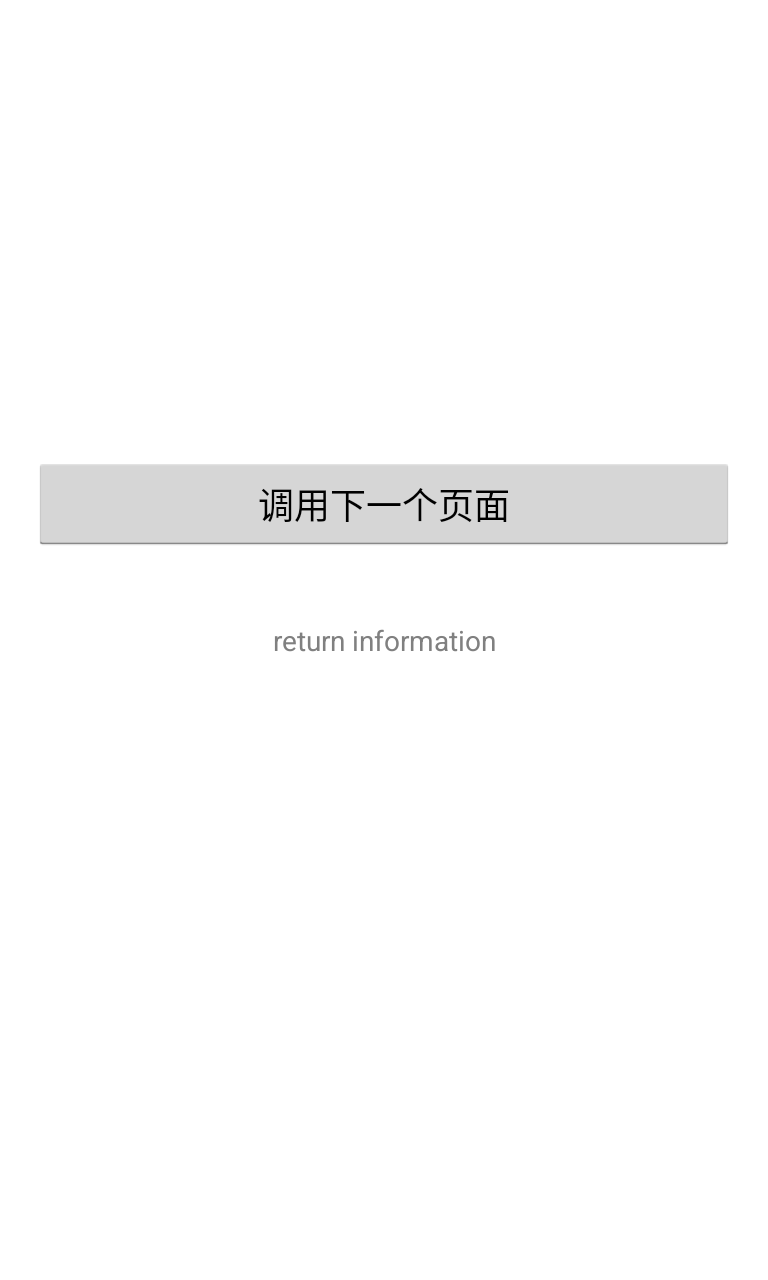
Repository: misok/android_test
Layout: CalculateDemo/res/layout/activity_main.xml
These files come from the project's save history. The layout is drawn as it stood at one moment and after the next save; the edit follows.
It is drawn on a 768 x 1280 px phone screen (xhdpi) without system bars, with theme AppTheme; the app's code is not run.

Above is the layout before, as saved 2014-12-03 15:24:26.

### CalculateDemo/res/layout/activity_main.xml
<RelativeLayout xmlns:android="http://schemas.android.com/apk/res/android"
    xmlns:tools="http://schemas.android.com/tools"
    android:layout_width="match_parent"
    android:layout_height="match_parent"
    android:paddingBottom="@dimen/activity_vertical_margin"
    android:paddingLeft="@dimen/activity_horizontal_margin"
    android:paddingRight="@dimen/activity_horizontal_margin"
    android:paddingTop="@dimen/activity_vertical_margin"
    tools:context="com.example.calculatedemo.MainActivity" >

    <TextView
        android:id="@+id/textView1"
        android:layout_width="match_parent"
        android:layout_height="40dp"
        android:gravity="center"
        android:layout_alignRight="@+id/button1"
        android:layout_centerVertical="true"
        android:hint="return information" />

    <Button
        android:gravity="center"
        android:id="@+id/button1"
        android:layout_width="match_parent"
        android:layout_height="wrap_content"
        android:layout_above="@+id/textView1"
        android:layout_alignParentLeft="true"
        android:layout_marginBottom="24dp"
        android:text="调用下一个页面" />

</RelativeLayout>

Loaded but not shown: CalculateDemo/res/values/styles.xml (common file); CalculateDemo/res/values-v11/styles.xml (common file); CalculateDemo/res/values-v14/styles.xml (common file); CalculateDemo/res/values/dimens.xml (common file); CalculateDemo/res/values-w820dp/dimens.xml (common file)

After the next save:
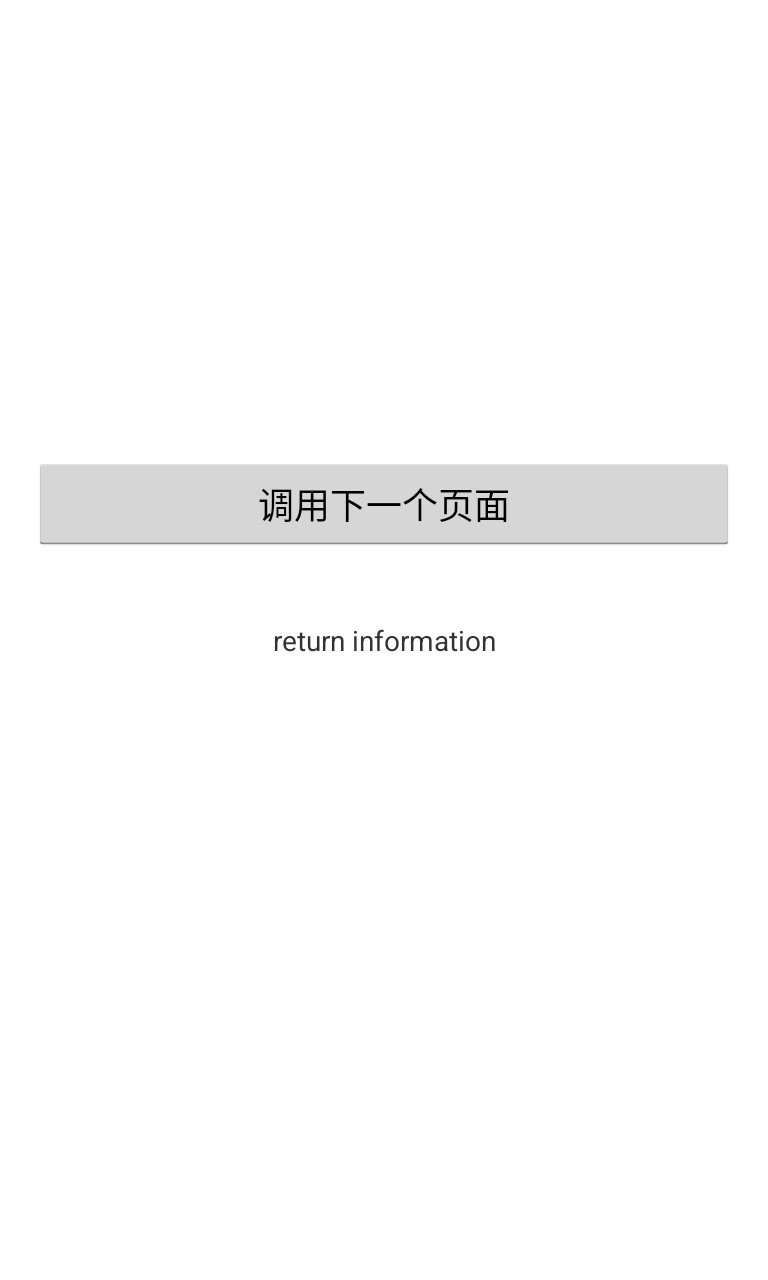
Saved 114 s later.
--- a/CalculateDemo/res/layout/activity_main.xml
+++ b/CalculateDemo/res/layout/activity_main.xml
@@ -15,7 +15,7 @@
         android:gravity="center"
         android:layout_alignRight="@+id/button1"
         android:layout_centerVertical="true"
-        android:hint="return information" />
+        android:text="return information" />
 
     <Button
         android:gravity="center"
